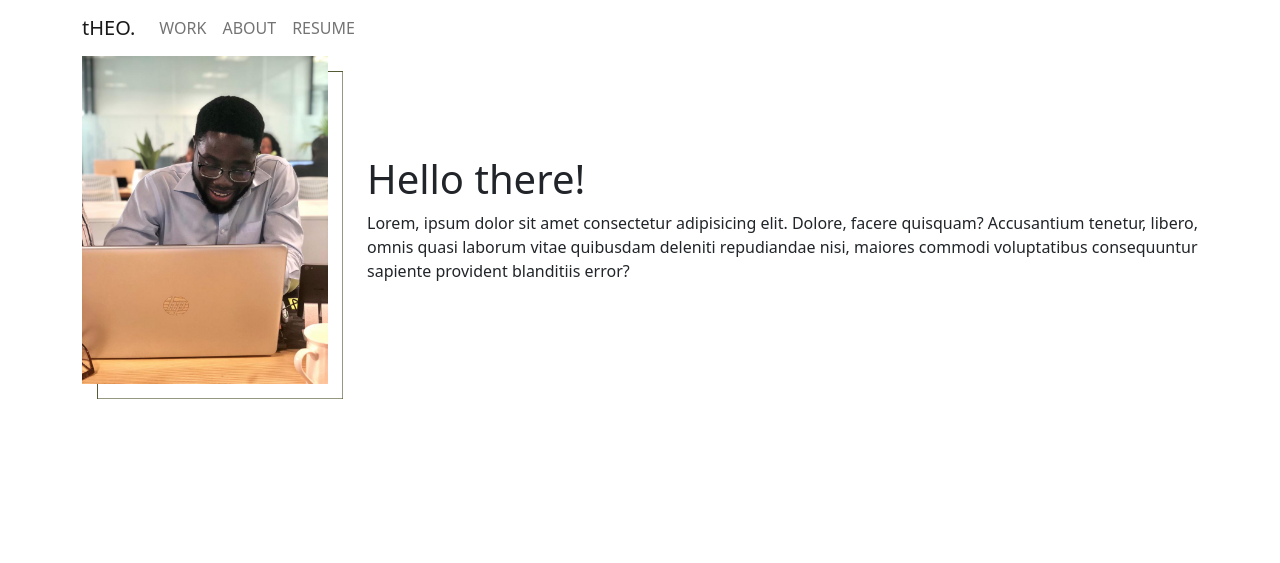
Repository: tHEO2k17/portfolio
Page: /
These files come from the project's save history. The page is drawn as it stood at one moment and after the next save; the edit follows.
The browser window is 1280 px wide. The pictures show the whole page.
The project was rebuilt for these pictures with package versions that can differ from the ones it lists, and the page was loaded fresh each time.

Above is the page before, as saved 2021-07-21 23:03:52.

### public/index.html
<!DOCTYPE html>
<html lang="en">
  <head>
    <meta charset="utf-8" />
    <link rel="icon" href="%PUBLIC_URL%/favicon.ico" />
    <meta name="viewport" content="width=device-width, initial-scale=1" />
    <meta name="theme-color" content="#000000" />
    <meta
      name="description"
      content="Web site created using create-react-app"
    />
    <link rel="apple-touch-icon" href="%PUBLIC_URL%/logo192.png" />
    <link rel="manifest" href="%PUBLIC_URL%/manifest.json" />
    <title>Theophilus Paintsil - Portfolio</title>
  </head>
  <body>
    <noscript>You need to enable JavaScript to run this app.</noscript>
    <div id="root"></div>
  </body>
</html>

### src/index.tsx
import React from 'react';
import ReactDOM from 'react-dom';
import './index.scss';
import App from './presentation/App';

ReactDOM.render(
  <React.StrictMode>
    <App />
  </React.StrictMode>,
  document.getElementById('root')
);

### src/presentation/App.tsx
import React from 'react';
import { Switch, Route, BrowserRouter as Router, } from 'react-router-dom';
import HomePage from './pages/HomePage';

function App() {
  return (
    <Router>
      <Switch>
        <Route exact path="/" component={HomePage} />
      </Switch>
    </Router>
  );
}

export default App;

### src/presentation/pages/HomePage.tsx
import { Col, Container, Nav, Navbar, Row, Image } from "react-bootstrap";

export default function HomePage() {
    return (
        <Container fluid>
            <Navbar expand="lg" variant="light">
                <Container>
                    <Navbar.Brand href="#home">tHEO.</Navbar.Brand>
                    <Navbar.Toggle />
                    <Navbar.Collapse>
                        <Nav className="ml-0">
                            <Nav.Link href="#home">WORK</Nav.Link>
                            <Nav.Link href="#home">ABOUT</Nav.Link>
                            <Nav.Link href="#link">RESUME</Nav.Link>
                        </Nav>
                    </Navbar.Collapse>
                </Container>
            </Navbar>

            <header>
                <Container>
                    <Row className="align-items-center">
                        <Col md="3"> <Image src="assets/images/theo.png" fluid /> </Col>
                        <Col>
                            <h1>Hello there!</h1>
                            <p>
                                Lorem, ipsum dolor sit amet consectetur adipisicing elit. Dolore, facere quisquam? Accusantium tenetur, libero, omnis quasi laborum vitae quibusdam deleniti repudiandae nisi, maiores commodi voluptatibus consequuntur sapiente provident blanditiis error?
                            </p>
                        </Col>
                    </Row>
                </Container>
            </header>

        </Container>
    );
}

Loaded but not shown: src/index.scss (common file)

After the next save:
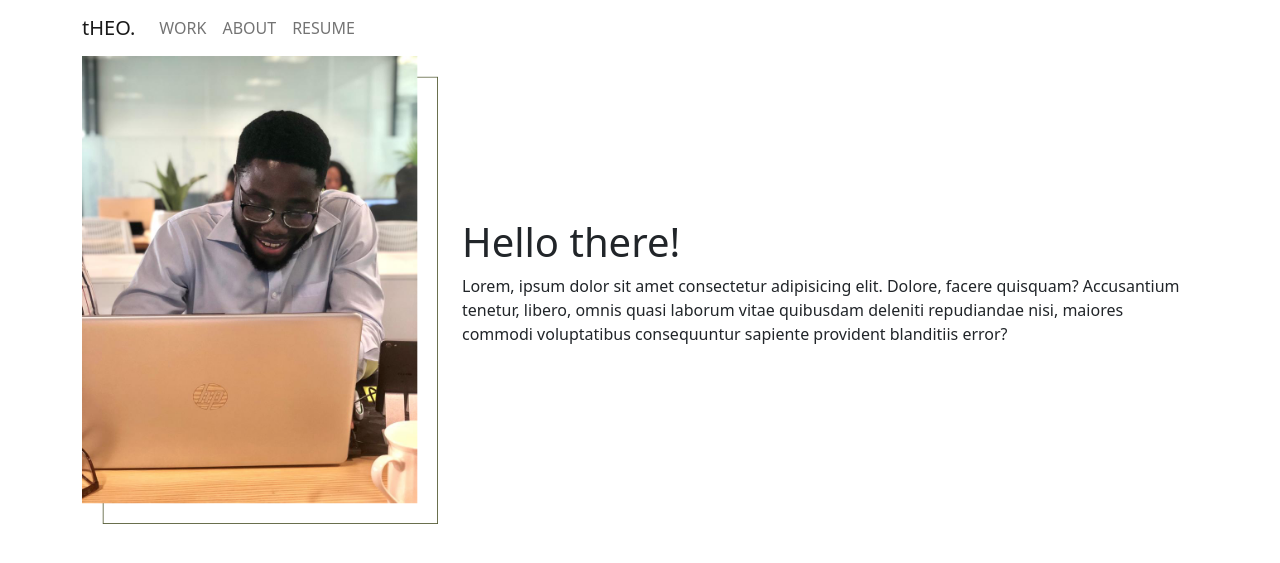
Saved 11 s later.
--- a/src/presentation/pages/HomePage.tsx
+++ b/src/presentation/pages/HomePage.tsx
@@ -20,7 +20,7 @@ export default function HomePage() {
             <header>
                 <Container>
                     <Row className="align-items-center">
-                        <Col md="3"> <Image src="assets/images/theo.png" fluid /> </Col>
+                        <Col md="4"> <Image src="assets/images/theo.png" fluid /> </Col>
                         <Col>
                             <h1>Hello there!</h1>
                             <p>
